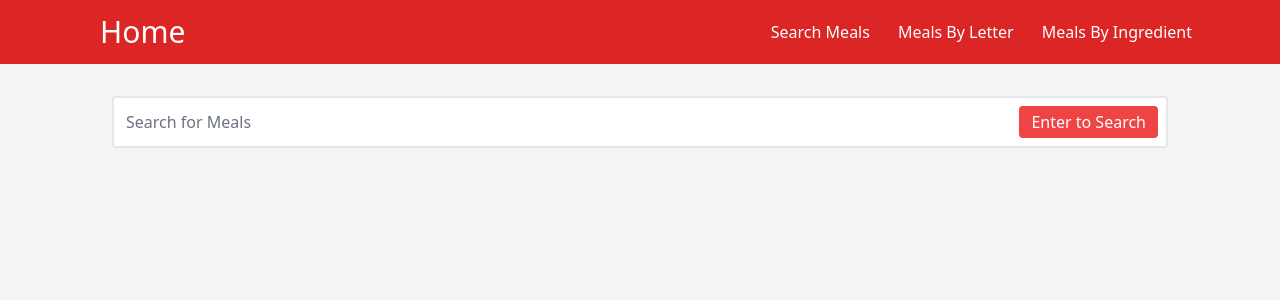
Repository: HalemX/meals
Page: /by-name
An editor plug-in stored every save of this project. The page is shown before and after the next save, followed by the edit.
The browser window is 1280 px wide. The pictures show the whole page.
The project was rebuilt for these pictures with package versions that can differ from the ones it lists, and the page was loaded fresh each time. Also part of the build but not shown: vite.config.js, src/pages/home/Home.vue, src/components/layout/GuestLayout.vue, src/components/ui/BaseButtons.vue, src/pages/meals/MealsByIngredient.vue, src/pages/meals/MealsByLetters.vue, src/components/meals_components/MealDetails.vue, src/pages/meals/AllIngredients.vue.

Above is the page before, as saved 2024-02-12 17:04:09.

### index.html
<!DOCTYPE html>
<html lang="en">
  <head>
    <meta charset="UTF-8" />
    <link rel="icon" type="image/svg+xml" href="/vite.svg" />
    <meta name="viewport" content="width=device-width, initial-scale=1.0" />
    <title>Vite + Vue</title>
  </head>
  <body class="bg-gray-100 h-full">
    <div id="app"></div>
    <script type="module" src="/src/main.js"></script>
  </body>
</html>

### src/main.js
import { createApp } from "vue";

import router from "./router";
import store from "./store";
import "./style.css";

import App from "./App.vue";

const app = createApp(App);
app.use(router);
app.use(store);

app.mount("#app");

### src/router/index.js
import { createRouter, createWebHistory } from "vue-router";

import Home from "../pages/home/Home.vue";

import DefaultLayout from "../components/layout/DefaultLayout.vue";
import GuestLayout from "../components/layout/GuestLayout.vue";

import MealsByIngredient from "../pages/meals/MealsByIngredient.vue";
import MealsByLetters from "../pages/meals/MealsByLetters.vue";
import MealsByName from "../pages/meals/MealsByName.vue";
import MealDetails from "../components/meals_components/MealDetails.vue";
import AllIngredients from "../pages/meals/AllIngredients.vue";

const routes = [
  {
    path: "/",
    component: DefaultLayout,
    children: [
      {
        path: "/",
        name: "home",
        component: Home,
      },
      {
        path: "/by-letter/:letter?",
        name: "byLetter",
        component: MealsByLetters,
      },
      {
        path: "/by-name/:name?",
        name: "byName",
        component: MealsByName,
      },
      {
        path: "/ingredients",
        name: "ingredients",
        component: AllIngredients,
      },
      {
        path: "/by-ingredient/:ingredient",
        name: "byIngredient",
        component: MealsByIngredient,
      },
      {
        path: "/meal/:id",
        name: "mealDetails",
        component: MealDetails,
      },
    ],
  },
  {
    path: "/guest",
    component: GuestLayout,
    children: [],
  },
];

const router = createRouter({
  history: createWebHistory(),
  routes,
});

export default router;

### src/store/index.js
import { createStore } from "vuex";

import mealsModule from "./modules/meals/index";

const store = createStore({
  modules: {
    mealsModule,
  },
});

export default store;

### src/App.vue
<template>
  <router-view v-slot="slotProps">
    <transition name="route" mode="out-in">
      <component :is="slotProps.Component"></component>
    </transition>
  </router-view>
</template>

<style scoped>
.route-enter-from {
  opacity: 0;
  transform: translateY(-30px);
}
.route-leave-to {
  opacity: 0;
  transform: translateY(30px);
}
.route-enter-active {
  transition: all 0.4s ease-out;
}
.route-enter-active {
  transition: all 0.4s ease-in;
}
.route-enter-to,
.route-leave-from {
  opacity: 1;
  transform: translateY(0);
}
</style>

### src/components/layout/DefaultLayout.vue
<template>
  <div>
    <navbar />
    <main>
      <div class="max-w-[1200px]"></div>
      <router-view v-slot="slotProps">
        <transition name="route" mode="out-in">
          <component :is="slotProps.Component"></component>
        </transition>
      </router-view>
    </main>
  </div>
</template>

<script>
import Navbar from "./Navbar.vue";
export default {
  components: {
    Navbar,
  },
};
</script>

<style>
.route-enter-from {
  opacity: 0;
  transform: translateY(-30px);
}
.route-leave-to {
  opacity: 0;
  transform: translateY(30px);
}
.route-enter-active {
  transition: all 0.4s ease-out;
}
.route-enter-active {
  transition: all 0.4s ease-in;
}
.route-enter-to,
.route-leave-from {
  opacity: 1;
  transform: translateY(0);
}
</style>

### src/pages/meals/MealsByName.vue
<template>
  <div class="lg:mx-20">
    <div class="p-8 pb-0">
      <div
        class="rounded border-2 border-gray-200 bg-white flex"
        :class="{ invalid: emptyEnter }"
      >
        <input
          type="text"
          class="rounded border-2 border-gray-200"
          placeholder="Search for Meals"
          v-model.trim="enterName"
          @change="searchMealsByName"
        />
        <button
          @click="searchMealsByName"
          class="m-2 px-3 transition ease-in-out delay-150 sm:mt-2 border-[#ef4444] bg-[#ef4444] hover:scale-105 hover:bg-[#f87171] duration-300 text-white py-1 rounded"
        >
          Enter to Search
        </button>
      </div>
    </div>
    <meals-item v-if="!emptyEnter" :meals="mealsByName"></meals-item>
    <p v-else class="text-[#ff0000] mt-2 px-8">Must Enter Name of Meal!</p>
  </div>
</template>

<script>
import { computed, onMounted, ref } from "vue";
import { useStore } from "vuex";
import { useRoute } from "vue-router";
import MealsItem from "../../components/meals_components/MealsItem.vue";

export default {
  components: {
    MealsItem,
  },
  setup() {
    const enterName = ref("");
    const emptyEnter = ref(false);

    const store = useStore();

    const mealsByName = computed(() => {
      return store.getters.getSearchMealsByName;
    });

    function searchMealsByName() {
      if (enterName.value) {
        store.dispatch("searchMealsByName", enterName.value);
        emptyEnter.value = false;
      } else {
        emptyEnter.value = true;
      }
    }

    const rout = useRoute();
    onMounted(() => {
      enterName.value = rout.params.name;
      if (enterName.value) {
        searchMealsByName();
      }
    });

    return { searchMealsByName, mealsByName, enterName, emptyEnter };
  },
};
</script>

<style scoped>
input {
  transition: 0.3s;
  caret-color: #dc2626;
  flex-grow: 2;
  border: none;
}
input:focus {
  outline: none !important;
  border-color: transparent !important;
  box-shadow: none !important;
}
.invalid {
  border-color: red;
}
@media (max-width: 420px) {
  div {
    flex-direction: column;
    background-color: transparent;
    border: none;
  }
  p {
    width: 260px;
    margin: auto;
  }
}
</style>

### src/store/modules/meals/index.js
import mutations from "./mutations";
import actions from "./actions";
import getters from "./getters";

export default {
  state() {
    return {
      searchMealsByName: [],
      searchMealsByLetter: [],
      searchMealsByIng: [],
    };
  },
  mutations,
  actions,
  getters,
};

### src/components/layout/Navbar.vue
<template>
  <div class="bg-[#dc2626]">
    <header
      class="text-white shadow h-16 flex justify-between items-stretch bg-[#dc2626] md:mx-20"
    >
      <router-link
        class="text-3xl inline-flex items-center h-full px-5"
        :to="{ name: 'home' }"
        >Home</router-link
      >
      <div class="flex items-center gap-3">
        <router-link
          class="inline-flex items-center px-2 h-full transition-colors hover:bg-[#ef4444]"
          :to="{ name: 'byName' }"
          >Search Meals</router-link
        >
        <router-link
          class="inline-flex items-center px-2 h-full transition-colors hover:bg-[#f87171]"
          :to="{ name: 'byLetter' }"
          >Meals By Letter</router-link
        >
        <router-link
          class="inline-flex items-center px-2 h-full transition-colors hover:bg-[#f87171]"
          :to="{ name: 'ingredients' }"
          >Meals By Ingredient</router-link
        >
      </div>
    </header>
  </div>
</template>

<script>
export default {};
</script>

<style scoped>
header {
  box-shadow: none !important;
}
</style>

### src/components/meals_components/MealsItem.vue
<template>
  <div class="grid grid-cols-1 md:grid-cols-3 gap-5 p-8">
    <div
      v-for="meal of meals"
      :key="meal.idMeal"
      class="bg-white shadow rounded-xl"
    >
      <router-link :to="{ name: 'mealDetails', params: { id: meal.idMeal } }">
        <img
          :src="meal.strMealThumb"
          :alt="meal.strMeal"
          class="rounded-t-xl w-full h-48 object-cover"
        />
      </router-link>
      <div class="p-3">
        <h3 class="font-bold">{{ meal.strMeal }}</h3>
        <p class="mb-4">
          Lorem ipsum dolor sit, amet consectetur adipisicing elit. Repellendus
          dicta saepe.
        </p>
      </div>
      <div class="flex items-center justify-between">
        <base-buttons :href="meal.strYoutube"></base-buttons>
      </div>
    </div>
  </div>
</template>

<script>
import BaseButtons from "../ui/BaseButtons.vue";

export default {
  components: {
    BaseButtons,
  },
  props: ["meals"],
};
</script>

### src/axiosClient.js
import axios from "axios";

const axiosClient = axios.create({
  baseURL: import.meta.env.VITE_API_BASE_URL,
});

export default axiosClient;

### src/store/modules/meals/mutations.js
export default {
  setSearchMealsByName(state, meals) {
    state.searchMealsByName = meals;
  },
  setSearchMealsByLetter(state, meals) {
    state.searchMealsByLetter = meals;
  },
  setSearchMealsByIng(state, meals) {
    state.searchMealsByIng = meals;
  },
};

### src/store/modules/meals/actions.js
import axiosClient from "../../../axiosClient";

export default {
  async searchMealsByName(context, enterName) {
    const response = await axiosClient.get(`search.php?s=${enterName}`);

    const responseData = await response.data;

    context.commit("setSearchMealsByName", responseData.meals);
  },

  async searchMealsLetter(context, letter) {
    const response = await axiosClient.get(`search.php?f=${letter}`);

    const responseData = await response.data;

    context.commit("setSearchMealsByLetter", responseData.meals);
  },

  async searchMealsByIng(context, enterIng) {
    const response = await axiosClient.get(`filter.php?i=${enterIng}`);

    const responseData = await response.data;

    context.commit("setSearchMealsByIng", responseData.meals);
  },

  //   async fetchMeals(context) {
  //     const response = await fetch(
  //       "https://www.themealdb.com/api/json/v1/1/search.php?s=Arrabiata"
  //     );
  //     const responseData = await response.json();
  //     if (!response.ok) {
  //       const error = new Error(responseData.message || "Failed to fetch Meals");
  //       throw error;
  //     }
  //     // console.log(responseData.meals);
  //     // const meals = [];
  //     // for (const key in responseData) {
  //     //   const request = {
  //     //     id: key,
  //     //     coachId: coachId,
  //     //     userEmail: responseData[key].userEmail,
  //     //     message: responseData[key].message,
  //     //   };
  //     //   requests.push(request);
  //     // }
  //     context.commit("setMeals", responseData.meals.slice(0, 5));
  //   },
};

### src/store/modules/meals/getters.js
export default {
  getSearchMealsByName(state) {
    return state.searchMealsByName;
  },
  getSearchMealsByLetter(state) {
    return state.searchMealsByLetter;
  },
  getSearchMealsByIng(state) {
    return state.searchMealsByIng;
  },
};

### tailwind.config.js
/** @type {import('tailwindcss').Config} */
export default {
  content: ["./index.html", "./src/**/*.{vue,js,ts,jsx,tsx}"],
  theme: {
    extend: {},
  },
  plugins: [
    require("@tailwindcss/forms"),
    // ...
  ],
};

Loaded but not shown: src/style.css (common file)

After the next save:
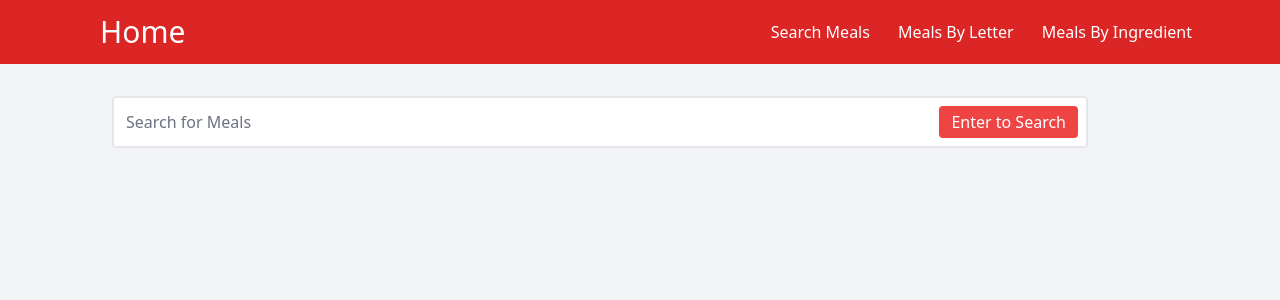
Saved 6 s later.
--- a/src/components/layout/DefaultLayout.vue
+++ b/src/components/layout/DefaultLayout.vue
@@ -2,12 +2,13 @@
   <div>
     <navbar />
     <main>
-      <div class="max-w-[1200px]"></div>
-      <router-view v-slot="slotProps">
-        <transition name="route" mode="out-in">
-          <component :is="slotProps.Component"></component>
-        </transition>
-      </router-view>
+      <div class="max-w-[1200px]">
+        <router-view v-slot="slotProps">
+          <transition name="route" mode="out-in">
+            <component :is="slotProps.Component"></component>
+          </transition>
+        </router-view>
+      </div>
     </main>
   </div>
 </template>

After the save that followed:
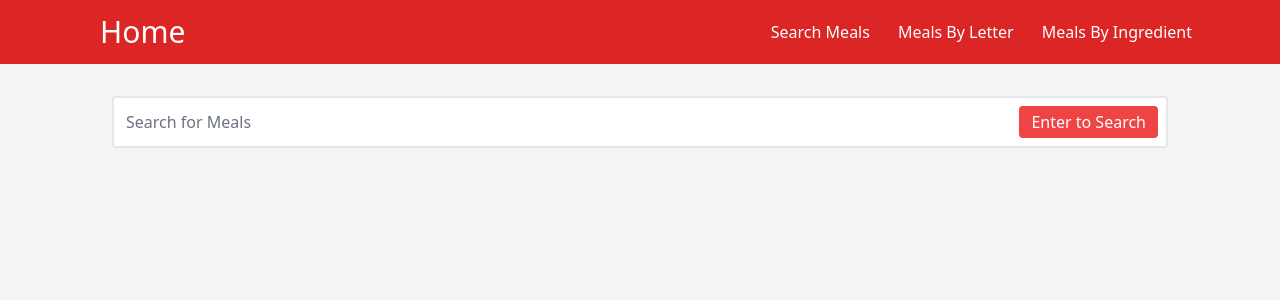
Saved 15 s later.
--- a/src/components/layout/DefaultLayout.vue
+++ b/src/components/layout/DefaultLayout.vue
@@ -2,13 +2,11 @@
   <div>
     <navbar />
     <main>
-      <div class="max-w-[1200px]">
-        <router-view v-slot="slotProps">
-          <transition name="route" mode="out-in">
-            <component :is="slotProps.Component"></component>
-          </transition>
-        </router-view>
-      </div>
+      <router-view v-slot="slotProps">
+        <transition name="route" mode="out-in">
+          <component :is="slotProps.Component"></component>
+        </transition>
+      </router-view>
     </main>
   </div>
 </template>
